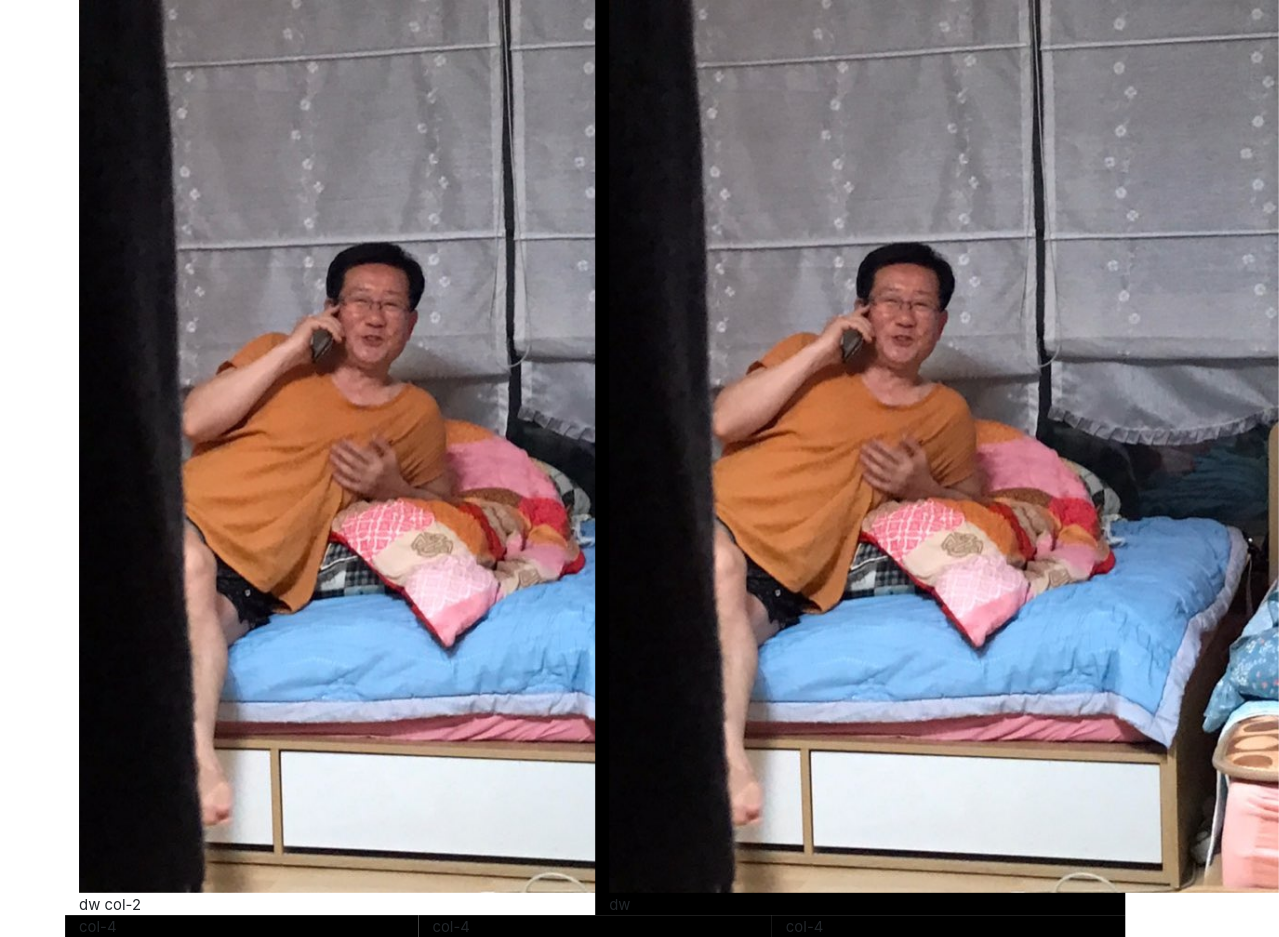
Repository: seungminlll3420/ruby_on_rails
Page: wep.html
The author's editor kept a record of every edit. The page is drawn from the files as they stood at one moment, then again after the next edit.
The browser window is 1280 px wide. The page is 1375 px wide, so the pictures cover 1375 px, including what lies to the right of the window. The pictures show the whole page, at 93% of full size.

Above is the page before.

After the next edit:
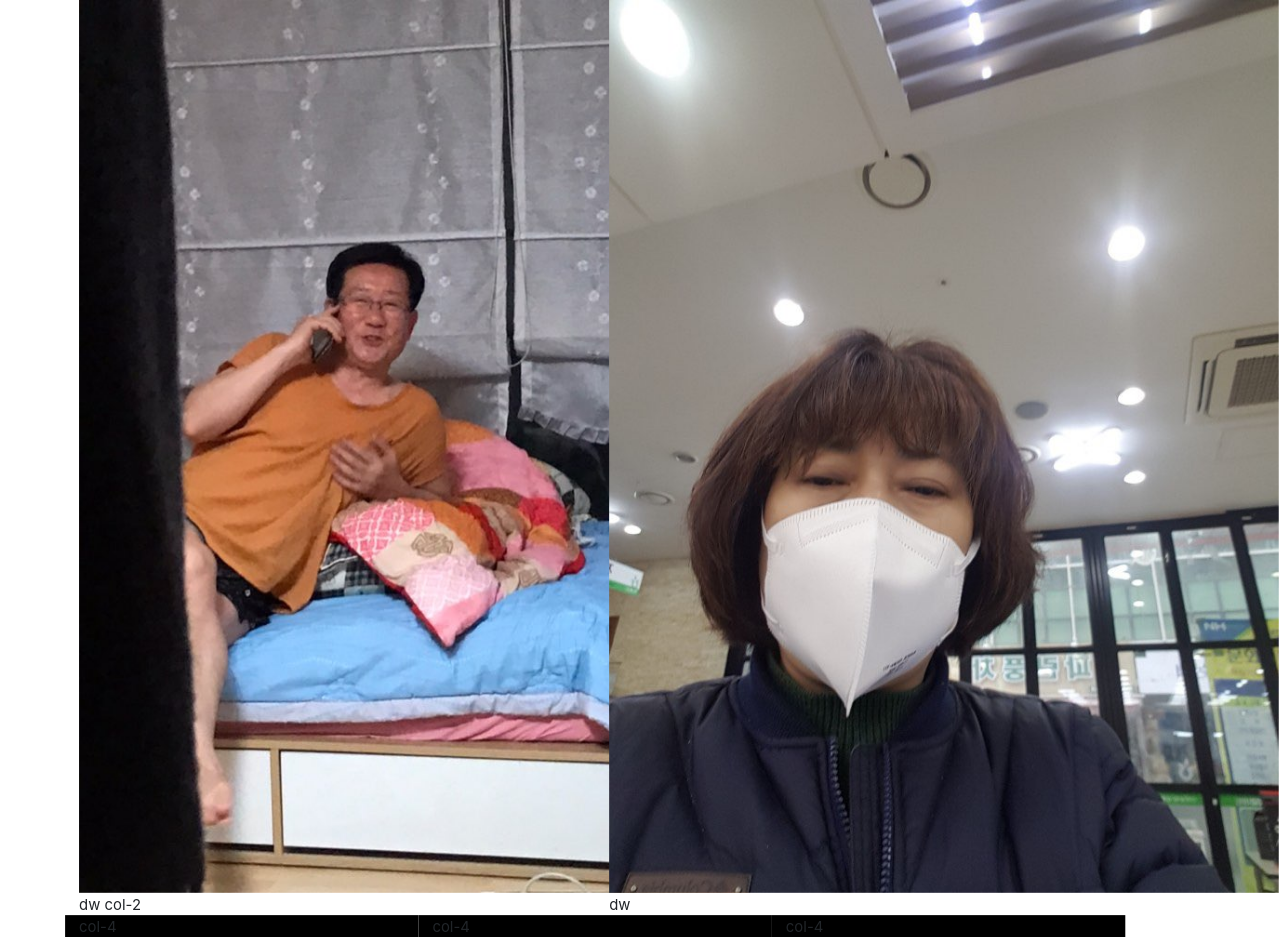
The edit:
--- a/wep.html
+++ b/wep.html
@@ -19,8 +19,8 @@
                 <img src="./img/이종호.jpg">dw</img>
                 col-2
             </div>
-            <div class="col-6" style="background-color: black;">
-                <img src="./img/이종호.jpg">dw</img>
+            <div class="col-6" style="">
+                <img src="./img/길숙희.jpg">dw</img>
             </div>
 
         </div>
